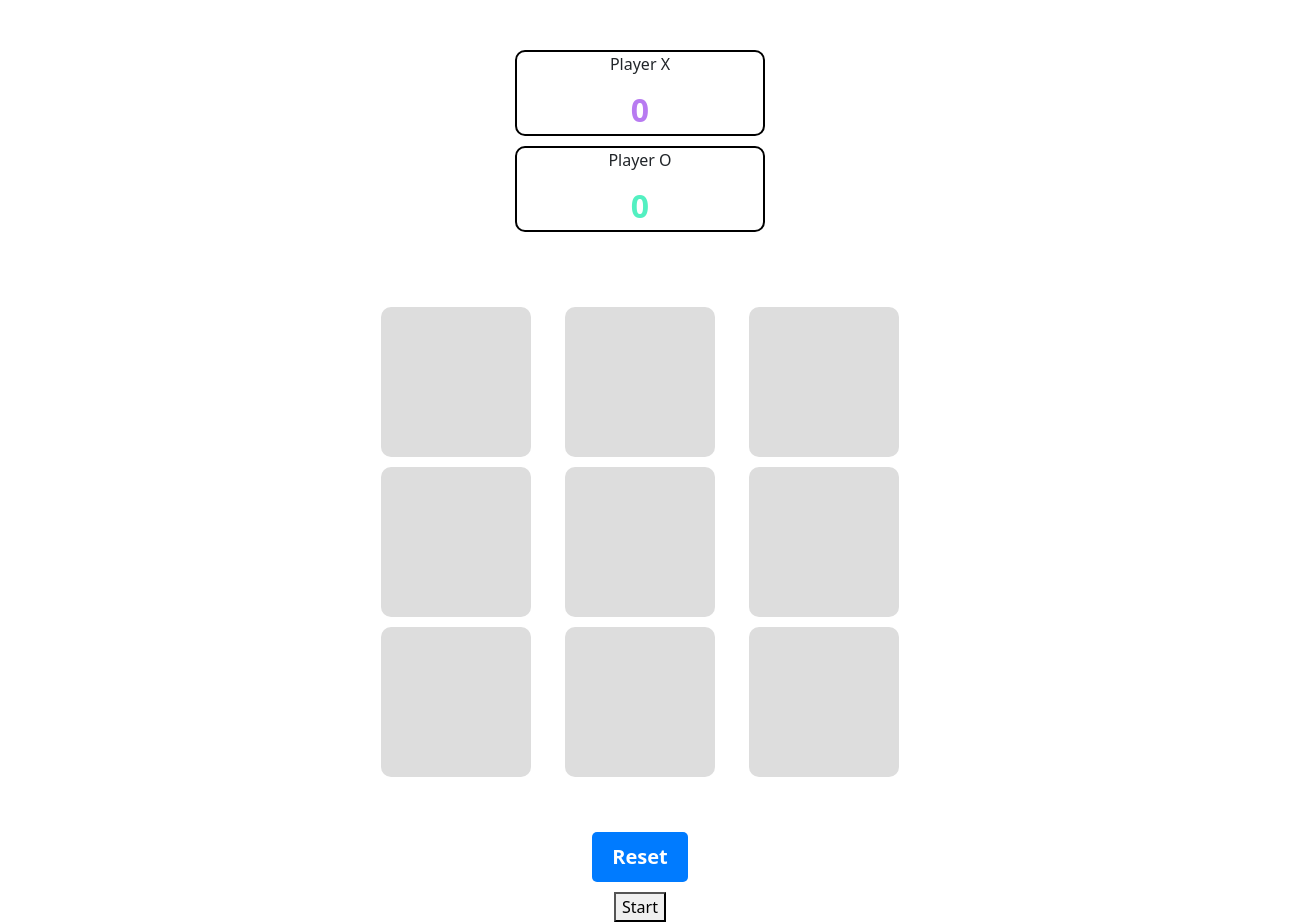
Repository: woodsdeshe/Tic-Tac-Toe
Page: index.html
The author's editor kept a copy of each file at every save. The page is drawn from the files as they stood at one save, then again after a run of saves.
The browser window is 1280 px wide. The page is 1292 px wide, so the pictures cover 1292 px, including what lies to the right of the window. The pictures show the whole page.

Above is the page before, as saved 2023-03-31 21:14:21.

### index.html
<!DOCTYPE html>
<html lang="en">
  <head>
    <meta charset="UTF-8" />
    <meta http-equiv="X-UA-Compatible" content="IE=edge" />
    <meta name="viewport" content="width=device-width, initial-scale=1.0" />
    <title>Tic Tac Toe | DeShe Woods</title>
    <link rel="stylesheet" href="styles.css" />
    <link
      href="https://cdn.jsdelivr.net/npm/bootstrap@5.3.0-alpha2/dist/css/bootstrap.min.css"
      rel="stylesheet"
      integrity="sha384-aFq/bzH65dt+w6FI2ooMVUpc+21e0SRygnTpmBvdBgSdnuTN7QbdgL+OapgHtvPp"
      crossorigin="anonymous"
    />
  </head>
  <body>
    <div class="container">
      <div class="row">
        <div class="col-12 scoreboard scoreboard-left">
          <div>Player X</div>
          <div class="score-x">0</div>
        </div>
        <div class="col-12 scoreboard scoreboard-right">
          <div>Player O</div>
          <div class="score-o">0</div>
        </div>
      </div>
      <div class="message"></div>
      <div class="container game-board">
        <div class="row">
          <div class="col-4">
            <div class="tile square-1"></div>
          </div>
          <div class="col-4">
            <div class="tile square-2"></div>
          </div>
          <div class="col-4">
            <div class="tile square-3"></div>
          </div>
        </div>
        <div class="row">
          <div class="col-4">
            <div class="tile square-4"></div>
          </div>
          <div class="col-4">
            <div class="tile square-5"></div>
          </div>
          <div class="col-4">
            <div class="tile square-6"></div>
          </div>
        </div>
        <div class="row">
          <div class="col-4">
            <div class="tile square-7"></div>
          </div>
          <div class="col-4">
            <div class="tile square-8"></div>
          </div>
          <div class="col-4">
            <div class="tile square-9"></div>
          </div>
        </div>
      </div>
      </div>
      <div class="row">
        <div class="col">
          <div class="reset">
            <button class="reset-btn">Reset</button>
          </div>
          <div class="start">
            <button class="startBtn">Start</button>
          </div>
        </div>
      </div>
    </div>
    <script
      src="https://cdn.jsdelivr.net/npm/bootstrap@5.3.0-alpha2/dist/js/bootstrap.bundle.min.js"
      integrity="sha384-qKXV1j0HvMUeCBQ+QVp7JcfGl760yU08IQ+GpUo5hlbpg51QRiuqHAJz8+BrxE/N"
      crossorigin="anonymous"
    ></script>
    <script src="script.js"></script>
  </body>
</html>

### styles.css
.container {
  display: flex;
  flex-direction: column;
  align-items: center;
  margin-top: 50px;
}

.scoreboard {
  display: flex;
  flex-direction: column;
  align-items: center;
  border: 2px solid black;
  border-radius: 10px;
  width: 200px;
}

.scoreboard-left {
  margin-right: 70px;
  margin-bottom: 10px;
}

.scoreboard-right {
  margin: 0;
}

.score-x {
  font-size: 48px;
  color: rgb(184, 123, 241);
}

.score-o {
  font-size: 48px;
  color: rgb(83, 240, 193);
}

.score-x,
.score-o {
  font-size: 2em;
  font-weight: bold;
  margin-top: 10px;
}

.message {
  font-size: 2em;
  margin-bottom: 20px;
}

.game-board {
  display: flex;
  justify-content: center;
}

.tile {
  width: 150px;
  height: 150px;
  background-color: #ddd;
  margin: 5px;
  border-radius: 10px;
  display: flex;
  justify-content: center;
  align-items: center;
  font-size: 50px;
  font-weight: bold;
  cursor: pointer;
}

.reset {
  text-align: center;
  margin-top: 50px;
}

.reset-btn {
  font-size: 20px;
  font-weight: bold;
  padding: 10px 20px;
  background-color: #007bff;
  color: white;
  border-radius: 5px;
  border: none;
  cursor: pointer;
}

.start {
    text-align: center;
    margin-top: 10px;
}

.x-symbol {
    color: rgb(184, 123, 241);
}

.o-symbol {
    color: rgb(83, 240, 193);
}

@media (max-width: 767px) {
  .scoreboard {
    margin-bottom: 20px;
  }
}

### script.js
// Variables that access the squares, reset button, scoreboards , and messaging for the game that will stay constant
const gameBoard = document.querySelector(".game-board");
const resetBtn = document.querySelector(".reset-btn");
const scoreboardX = document.querySelector(".score-x");
const scoreboardO = document.querySelector(".score-o");
const message = document.querySelector(".message");
const tile = document.querySelectorAll(".tile");

// Variables that access the current player, game over, X and O scores that will change based on conditions of the game
let currentPlayer = "X";
let gameOver = false;
let xScore = 0;
let oScore = 0;

// This event listener will check to see if the tiles are empty and will fill them with the symbol of the current player

gameBoard.addEventListener("click", (event) => {
  event.preventDefault();

  //This if statement checks to see if the game is over before allowing the players to continue playing. If gameOver is true, then the board becomes unclickable
  if (gameOver) {
    return;
  }

  // This variable will hold the square that gets clicked using the .target property
  const square = event.target;

  // Checks to see if the square contains a class of tile and the square is empty. If it's empty then the square will contain a symbol and alternate the symbol according to the current player
  if (square.classList.contains("tile") && square.textContent === "") {
    // This if statement adds or removes the appropriate symbol class based on the current player so that the colors of the symbols will be different
    if (currentPlayer === "X") {
      square.classList.add("x-symbol");
      square.classList.remove("o-symbol");
    } else {
      square.classList.add("o-symbol");
      square.classList.remove("x-symbol");
    }

    square.textContent = currentPlayer;

    //Updates the message variable to show who's turn it is on the screen
    message.textContent = `It's ${currentPlayer} turn`;

    currentPlayer = currentPlayer === "X" ? "O" : "X";
  }

  //Calls the checkForWinner function after each turn to see if a player has won
  checkForWinner();
});

// Check to see if the tiles contain a winning play of a specific player
function currentPlay(plays, player) {
  // The .every method checks through every tile within the player array that checks to see if they contain the current players symbol with a boolean "true" or "false"
  return plays.every((tile) => {
    tileElement = document.querySelector(`.square-${tile}`);
    return tileElement.textContent === player;
  });
}

// This function will check to see which player has the winning set after each move
function checkForWinner() {
  // Nested arrays that show all the winning plays that are needed to win
  const winningPlays = [
    [1, 2, 3],
    [4, 5, 6],
    [7, 8, 9],
    [1, 4, 7],
    [2, 5, 8],
    [3, 6, 9],
    [1, 5, 9],
    [3, 5, 7],
  ];

  // Loops through each array within "winingPlays" and stores the values in the variable "plays"
  for (let i = 0; i < winningPlays.length; i++) {
    const plays = winningPlays[i];

    // Create if/else conditions that will check to see if the current player has a winning play thats in 'winningPlays', if no one wins, it calls the "itsATie" function to alert the players that the game is over and prevents the players from continuing to play using th endGame function"
    if (currentPlay(plays, "X")) {
      xScore++;
      scoreboardX.textContent = xScore;
      message.textContent = "Player X Wins!";
      gameOver = true;
      endGame();
    } else if (currentPlay(plays, "O")) {
      oScore++;
      scoreboardO.textContent = oScore;
      message.textContent = "Player O Wins!";
      gameOver = true;
      endGame();
    } else if (itsATie()) {
      message.textContent = "Game over! It's a tie!!!";
      gameOver = true;
      endGame();
    }
  }

  // This function iterates through all the tiles on the board and checks to see if the board is full. If there isn't any empty tiles left, it returns true.
  function itsATie() {
    for (let i = 0; i < tile.length; i++) {
      if (tile[i].textContent === "") {
        return false;
      }
    }
    return true;
  }

  // This function iterates through all the tiles in the game and removes the gameBoard listener so that the board is no longer clickable when the game is over
  function endGame() {
    for (let i = 0; i < tile.length; i++) {
      tile[i].removeEventListener("click", handleClick);
    }
  }
}

//This function resets the game
function resetGame() {
  currentPlayer = "X";
  gameOver = false;
  message.textContent = `It's ${currentPlayer} turn`;
  scoreboardX.textContent = "0";
  scoreboardO.textContent = "0";
  xScore = 0;
  oScore = 0;

  // Clears the board by setting the text content of all tiles to an empty string
  tile.forEach((tile) => {
    tile.textContent = "";
  });

  // Add back the event listener to each tile so that they are clickable again
  tile.forEach((tile) => {
    tile.addEventListener("click", handleTileClick);
  });
}

resetBtn.addEventListener("click", () => {
  resetGame();
});

After the next 4 saves:
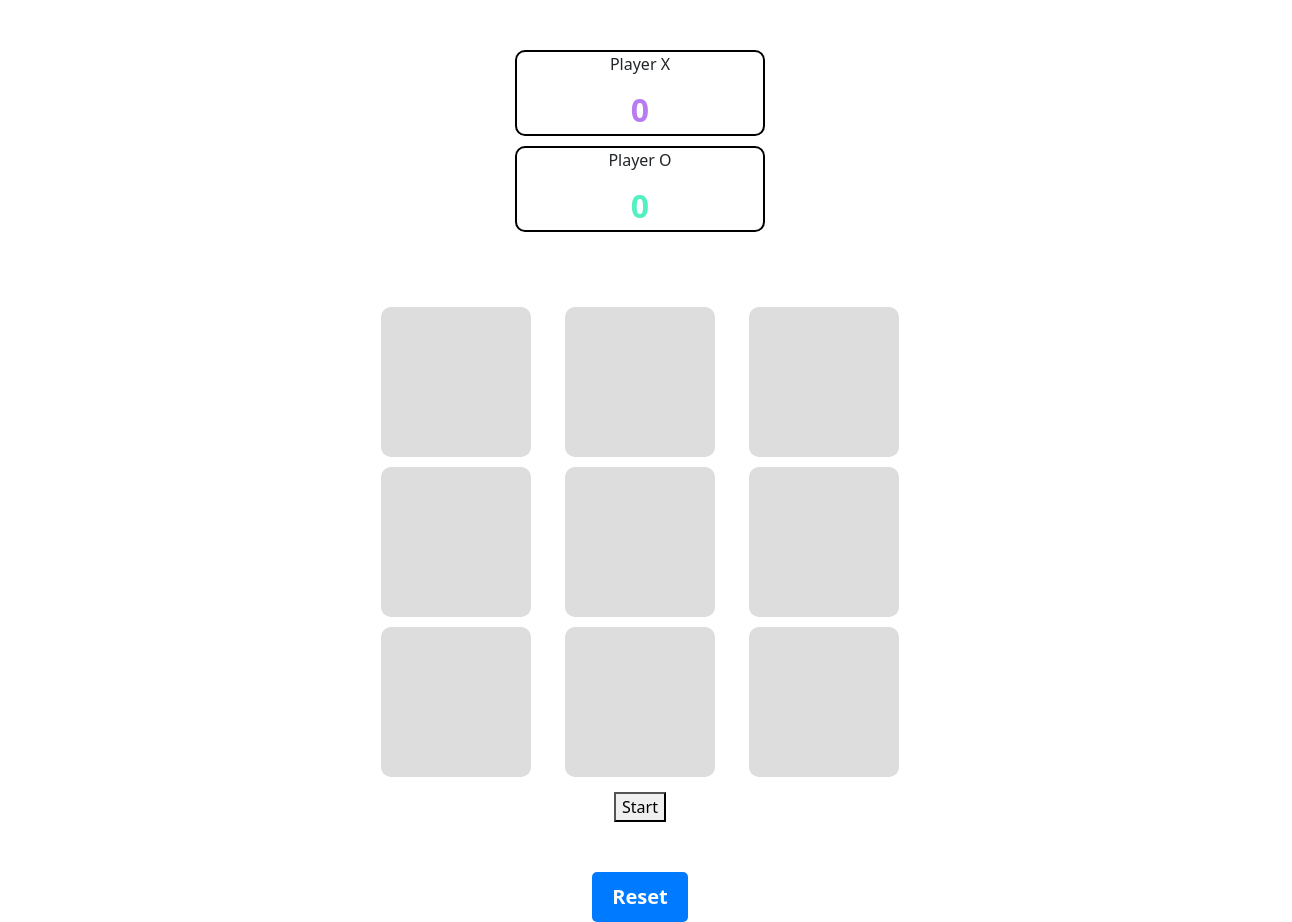
The 4 saves are shown as one change because they came seconds apart.
The last was saved 20 s later.
--- a/index.html
+++ b/index.html
@@ -64,11 +64,11 @@
       </div>
       <div class="row">
         <div class="col">
+          <div class="start">
+            <button class="startBtn">Start</button>
+          </div>
           <div class="reset">
             <button class="reset-btn">Reset</button>
-          </div>
-          <div class="start">
-            <button class="startBtn">Start</button>
           </div>
         </div>
       </div>
